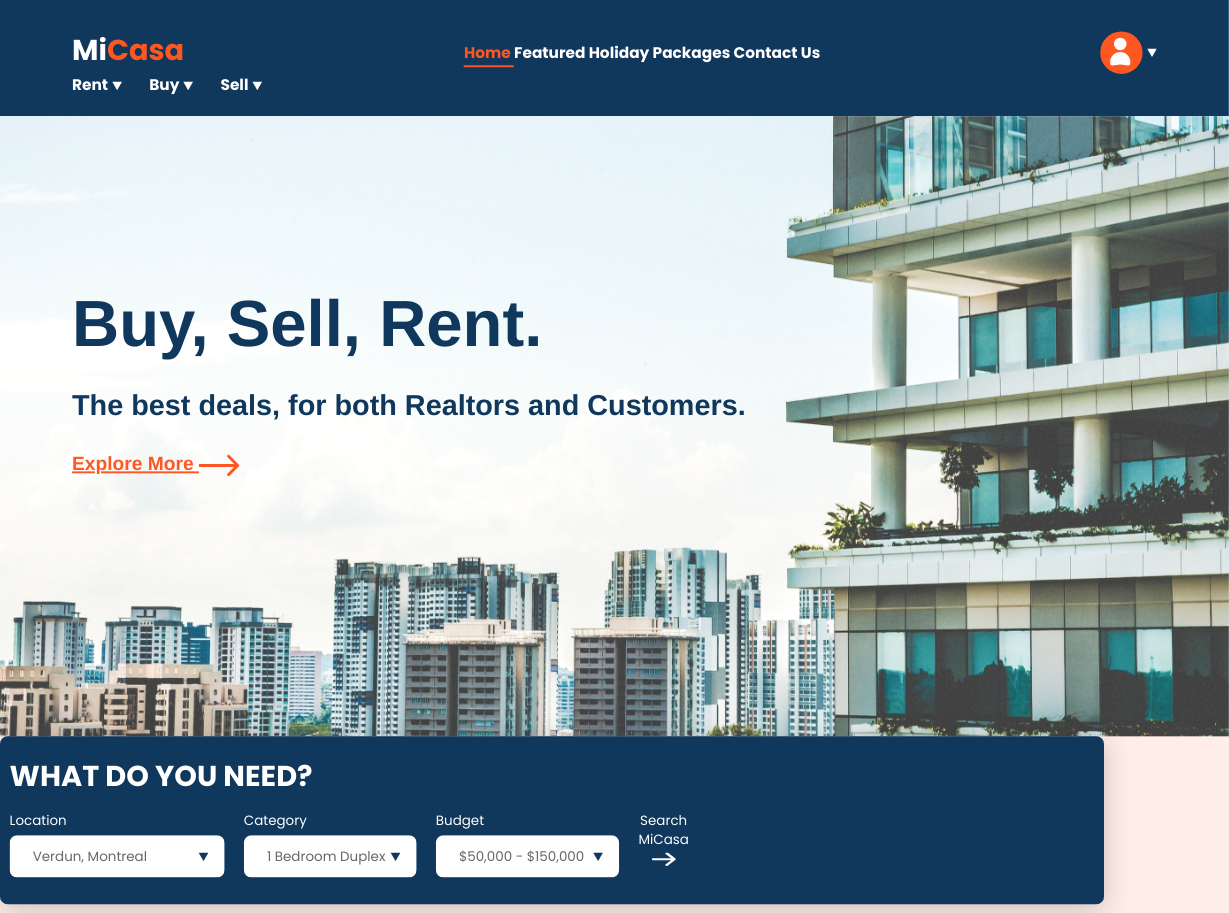
Repository: BenUnyolo/micasa-frontend
Page: index.html
These files come from the project's save history. The page is drawn as it stood at one moment and after the next save; the edit follows.
The browser window is 1280 px wide. The pictures show the whole page, at 96% of full size.

Above is the page before, as saved 2021-10-17 12:58:45.

After the next save:
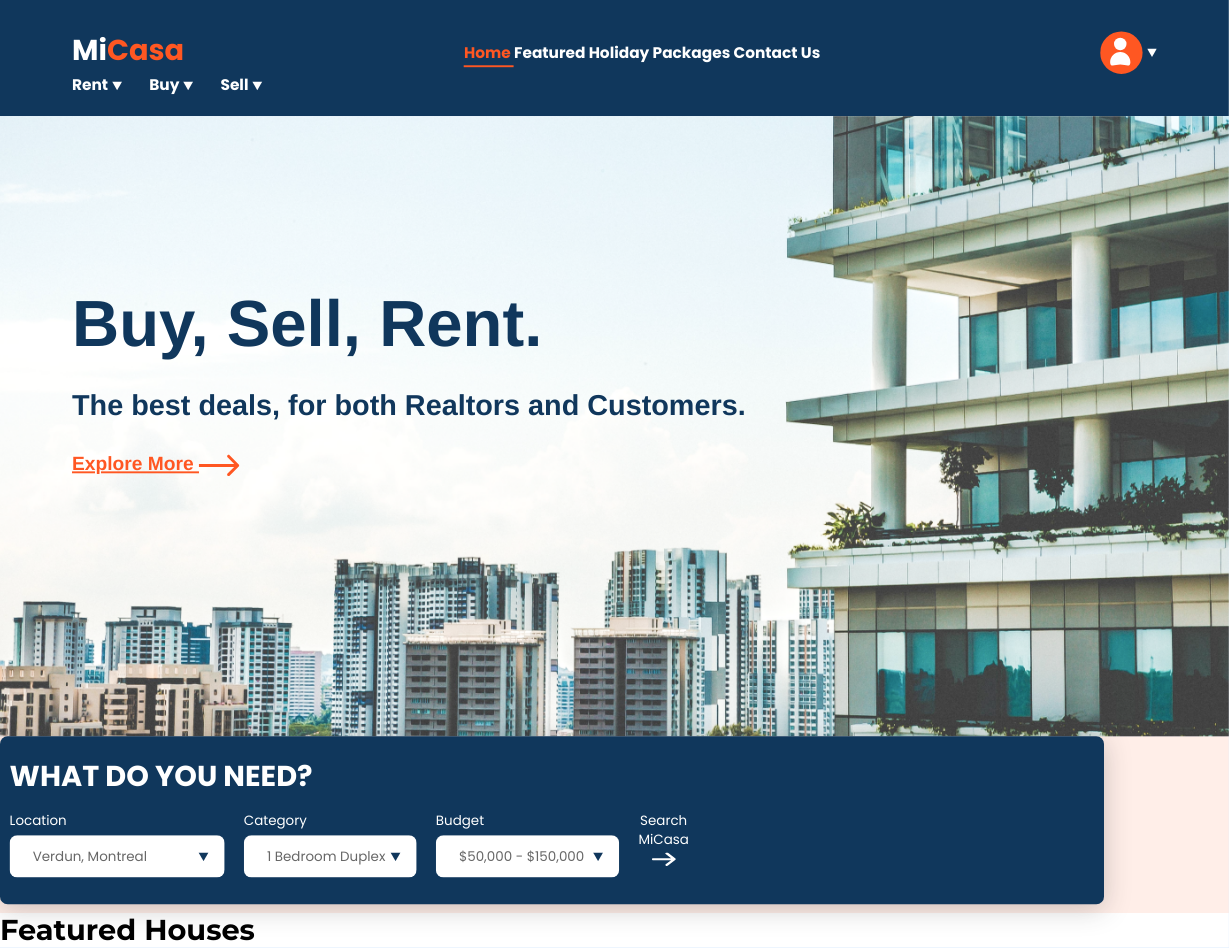
Saved 2 min 59 s later.
--- a/index.html
+++ b/index.html
@@ -133,6 +133,7 @@
         </div>
       </div>
     </div>
+
     <!-- SEARCH & HOW IT WORKS -->
     <div class="relative">
       <!-- what do you need -->
@@ -244,5 +245,8 @@
         </div>
       </div>
     </div>
+
+    <!-- FEATURED HOUSES -->
+    <h3 class="">Featured Houses</h3>
   </body>
 </html>
